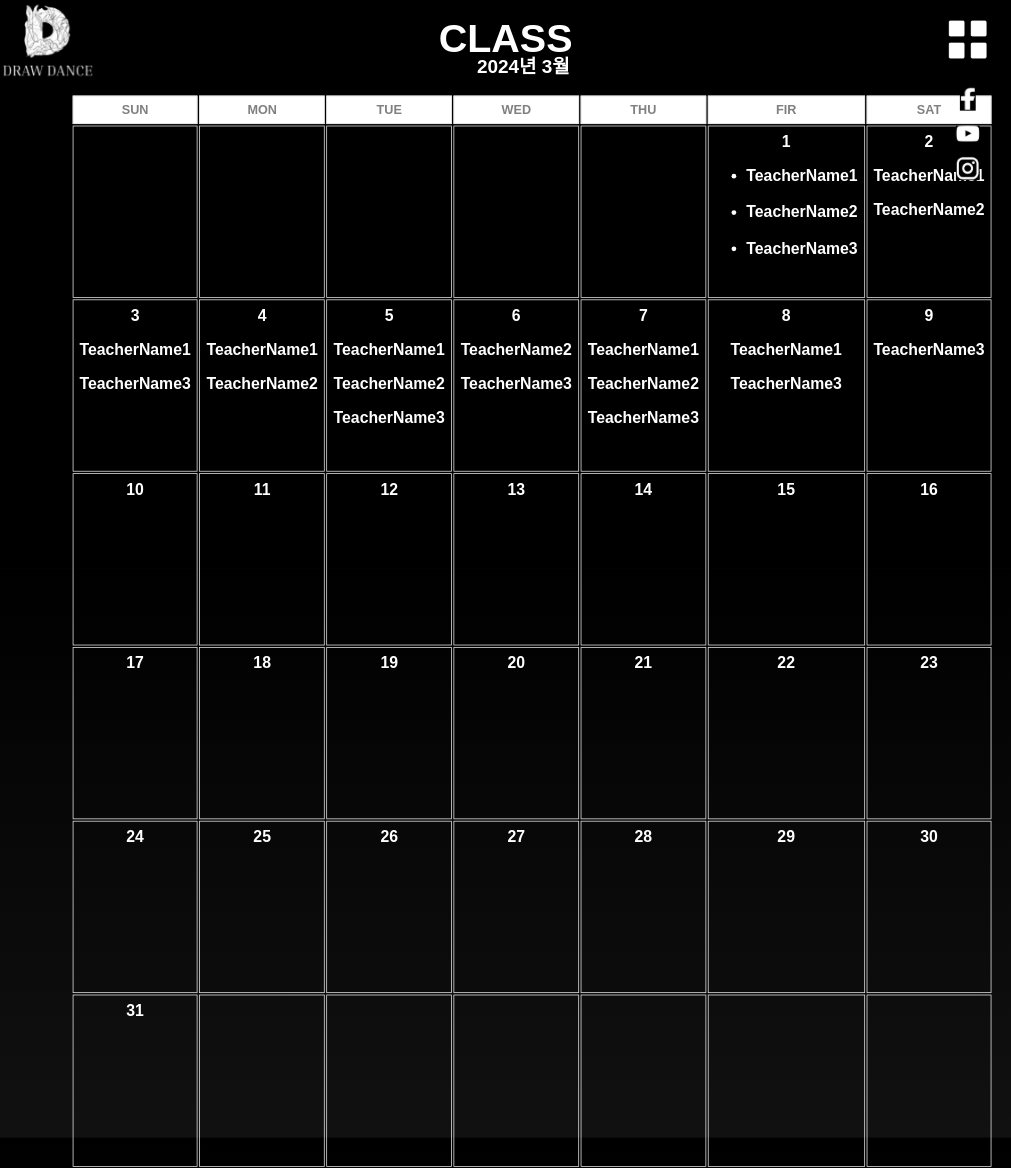
Repository: seonghun9906/semiProject
Page: http://localhost/drawAcademy/WEB-INF/views/Class/classpage.jsp
The author's editor kept a copy of each file at every save. The page is drawn from the files as they stood at one save, then again after a run of saves.
The browser window is 1280 px wide. The pictures show the whole page, at 79% of full size.
The page is served by Tomcat 9. Nobody is signed in. Other server files are loaded and not shown. The template is opened directly, without the code that normally fills it, so the values that code supplies are empty.

Above is the page before, as saved 2024-02-28 02:39:42.

### drawAcademy/src/main/webapp/WEB-INF/views/Class/classpage.jsp
<%@ page language="java" contentType="text/html; charset=UTF-8"
   pageEncoding="UTF-8"%>
<%@ taglib uri="http://java.sun.com/jsp/jstl/core" prefix="c"%>
<!DOCTYPE html>
<html>
<head>
<meta charset="UTF-8">
<title>수강신청 사이트</title>
<link rel="stylesheet" href="resources/css/classpage.css">
<script src="https://code.jquery.com/jquery-3.7.1.min.js"
   integrity="sha256-/JqT3SQfawRcv/BIHPThkBvs0OEvtFFmqPF/lYI/Cxo="
   crossorigin="anonymous"></script>

</head>
<body>
   <div class="bodyMain">
      <div class="title">
         CLASS
      </div>
      <div class="headerMenu">
         <button class="Home-btn" onclick="location.href='./'">
            <img src="resources/images/lg.png" class="logo">
         </button>
      </div>
      <div id="menu-container">
         <img src="resources/images/menu.png" id="menuButton">
         <div id="rectangle">
            <br> <br>
            <button class="Home-btn" onclick="location.href='./'">
               <p>HOME</p>
            </button>
            <br> <br> <br>
            <button class="ABOUT-btn" onclick="location.href='./about'">
               <p>ABOUT</p>
            </button>
            <br> <br> <br>
            <button class="INSTRUCTORS-btn"
               onclick="location.href='./instructors'">
               <p>INSTRUCTORS</p>
            </button>
            <br> <br> <br>
            <button class="CLASS-btn" onclick="location.href='./classpage'">
               <p>CLASS</p>
            </button>
             <br> <br> <br>
              <button class="CONTACT-btn" onclick="location.href='./qboard'">
               <p>FAQ</p>
            </button>
            <br> <br> <br> <br> <br> <br> <br>
            <div class="smallWord">
               <button id="loginBtn" class="LOGIN-btn"
                  onclick="location.href='./login'">
                  <small>LOGIN</small>
               </button>
               <form id="logoutForm" action="logout" method="get">
                  <button class="LOGIN-btn" onclick="location.href='./'">
                     <small>LOGOUT</small>
                  </button>
               </form>
               <button id="signupBtn" class="SIGNUP-btn"
                  onclick="location.href='./signUp'">
                  <small>SIGN UP</small>
               </button>
               <button id="myPage" class="MYPAGE-btn"
                  onclick="location.href='./mypage'">
                  <small>MY PAGE</small>
               </button>
            </div>
            <br> <br>
            <div id="icon-container2">
               <a href="https://www.facebook.com"> <img
                  src="resources/images/facebookIcon.png" class="facebook">
               </a> <a href="https://www.youtube.com"> <img
                  src="resources/images/youtubeIcon.png" class="youtube">
               </a> <a href="https://www.instagram.com"> <img
                  src="resources/images/instagramIcon.png" class="instagram">
               </a>
            </div>
         </div>
      </div>
      <div id="icon-container">
         <a href="https://www.facebook.com"> <img
            src="resources/images/facebookIcon.png" class="facebook">
         </a> <a href="https://www.youtube.com"> <img
            src="resources/images/youtubeIcon.png" class="youtube">
         </a> <a href="https://www.instagram.com"> <img
            src="resources/images/instagramIcon.png" class="instagram">
         </a>
      </div>


   <div class = cal>
	<h2>2024년 3월</h2>
	<table>
    	<thead>
        <tr>
            <th>SUN</th>
            <th>MON</th>
            <th>TUE</th>
            <th>WED</th>
            <th>THU</th>
            <th>FIR</th>
            <th>SAT</th>
        </tr>
    </thead>
    <tbody>
        <tr>
            <td></td>
            <td></td>
            <td></td>
            <td></td>
            <td></td>
            <td>1
            	<ul>
            <li><a href="class1" class="Testclass">TeacherName1</a></li>
            <br>
            <li><a href="class2" class="Testclass">TeacherName2</a></li>
            <br>
            <li><a href="class3" class="Testclass">TeacherName3</a></li>
            </ul>
            </td>
            <td>2
             <p><a href="class1" class="Testclass">TeacherName1</a></p>
            <p><a href="class2" class="Testclass">TeacherName2</a></p>
            </td>
        </tr>
        <tr>
            <td>3
              <p><a href="class1" class="Testclass">TeacherName1</a></p>

            <p><a href="class3" class="Testclass">TeacherName3</a></p></td>
            <td>4
              <p><a href="class1" class="Testclass">TeacherName1</a></p>
            <p><a href="class2" class="Testclass">TeacherName2</a></p>

            <td>5
              <p><a href="class1" class="Testclass">TeacherName1</a></p>
            <p><a href="class2" class="Testclass">TeacherName2</a></p>
            <p><a href="class3" class="Testclass">TeacherName3</a></p></td>
            <td>6

            <p><a href="class2" class="Testclass">TeacherName2</a></p>
            <p><a href="class3" class="Testclass">TeacherName3</a></p></td>
            <td>7
              <p><a href="class1" class="Testclass">TeacherName1</a></p>
            <p><a href="class2" class="Testclass">TeacherName2</a></p>
            <p><a href="class3" class="Testclass">TeacherName3</a></p></td>
            <td>8
              <p><a href="class1" class="Testclass">TeacherName1</a></p>

            <p><a href="class3" class="Testclass">TeacherName3</a></p></td>
            <td>9

            <p><a href="class3" class="Testclass">TeacherName3</a></p></td>
        </tr>
        <tr>
            <td>10</td>
            <td>11</td>
            <td>12</td>
            <td>13</td>
            <td>14</td>
            <td>15</td>
            <td>16</td>
        </tr>
        <tr>
            <td>17</td>
            <td>18</td>
            <td>19</td>
            <td>20</td>
            <td>21</td>
            <td>22</td>
            <td>23</td>
        </tr>
        <tr>
            <td>24</td>
            <td>25</td>
            <td>26</td>
            <td>27</td>
            <td>28</td>
            <td>29</td>
            <td>30</td>
        </tr>
        <tr>
            <td>31</td>
            <td></td>
            <td></td>
            <td></td>
            <td></td>
            <td></td>
            <td></td>
        </tr>
    </tbody>
</table>
</div>

</div><!-- bodymain -->


</body>
<script>
$(document).ready(function() {
	  var rectangle = $("#rectangle");
	  var menuButton = $("#menuButton");
	  var iconContainer = $("#icon-container");
	  var isRectangleVisible = false;

	  menuButton.on('click', function() {
	    if (!isRectangleVisible) {
	      rectangle.show();
	      iconContainer.hide();
	      isRectangleVisible = true;
	    } else {
	      rectangle.hide();
	      iconContainer.show();
	      isRectangleVisible = false;
	    }
	  });
	});
</script>
<script>

$(document).ready(function() {
	  var loginBtn = $("#loginBtn");
	  var logoutForm = $("#logoutForm");
	  var signupBtn = $("#signupBtn");
	  var myPageBtn = $("#myPage");

	  var loggedInMember = '<%= session.getAttribute("login") %>';
	  console.log("세션에 저장된 값: " + loggedInMember);

	  // 여기서 로그인 여부를 확인하고 그에 따라 버튼을 표시하거나 숨깁니다.
	  var isLoggedIn = loggedInMember !== 'null' && loggedInMember !== '';

	  if (isLoggedIn) {
	    loginBtn.hide();
	    logoutForm.show();
	    signupBtn.hide();
	    myPageBtn.show();
	  } else {
	    loginBtn.show();
	    logoutForm.hide();
	    signupBtn.show();
	    myPageBtn.hide();
	  }
	});
</script>
</html>

### drawAcademy/src/main/webapp/resources/css/classpage.css
html {
   height: 100%;
}

body {
   margin: 0;
   padding: 0;
   font-family: sans-serif;
   background: linear-gradient(#000000, #111111);
}

h2{
	color : white;
	font-weight: bold;
	margin-left : 47.25%;
}
 		.cal {
         table-layout: fixed;
         width: 85%;
         border-collapse: collapse;
         color : white;
         margin-top : 5%;
         margin-left : 7%;
        }


        th, td {
            border: 1px solid #ddd;
            padding: 8px;
            text-align: center;

        }

        th {
            background-color: #ffffff;
            color : gray;
        }

        td {
       		width : 255px;
        	height : 200px;
            cursor: pointer;
            color : white;
            text-align: center;
            vertical-align: top;
            font-size: 20px;
 		font-weight: bold;
        }

        td:hover {
            background-color: white;
            color : black;

        }

          td:hover a {
            background-color: white;
            color : black;

        }

 .Testclass{
 	color: white;
        text-decoration: none;
 	font-size: 20px;
 	font-weight: bold;
 }

.bodyMain {
   position: absolute;
   background-color: #000000;
   top: 0;
   left: 0;
   bottom: 0;
   right: 0;
   width: 100%;
   height: 100%;
}

.title {
   width: 100%; /* 컨테이너의 너비를 화면 전체로 설정 */
   position: absolute; /* 화면 아래에 고정시킵니다. */
   text-align: center; /* 내부 텍스트를 가운데 정렬합니다. */
   padding: 20px; /* 내부 여백 설정 (예시) */
   box-sizing: border-box; /* 패딩이 포함된 전체 너비/높이 계산 */
   color: #ffffff;
   font-size: 50px;
   font-weight: bold;
}

.middle-part {
   width: 100%; /* 컨테이너의 너비를 화면 전체로 설정 */
   position: absolute; /* 화면 아래에 고정시킵니다. */
   text-align: left; /* 내부 텍스트를 가운데 정렬합니다. */
   padding: 20px; /* 내부 여백 설정 (예시) */
   box-sizing: border-box; /* 패딩이 포함된 전체 너비/높이 계산 */
   color: #ffffff;
   font-size: 60px;
   font-weight: bold;
   margin: 5%;
}

.headerMenu .Home-btn {
   position: fixed;
   background: none;
   border: none;
   padding: 0;
   cursor: pointer;
   width: auto; /* 이미지 크기에 맞게 자동으로 조정됨 */
   z-index: 9999;
}

.headerMenu .logo {
   width: 120px; /* 이미지가 버튼 내에서 꽉 차도록 설정 */
   height: auto; /* 이미지의 가로 세로 비율을 유지하면서 버튼에 맞게 조정 */
}

.facebook {
   width: 20px;
   height: 30px;
   z-index: 9999;
}

.youtube {
   width: 30px;
   height: 20px;
   z-index: 9999;
}

.instagram {
   width: 30px;
   height: 30px;
   z-index: 9999;
}

#menu-container {
   position: relative;
   z-index: 9999;
}

#menuButton {
   cursor: pointer;
   position: fixed;
   top: 25px;
   right: 30px; /* 오른쪽으로 이동 */
   display: flex;
   width: 50px;
   height: 50px;
   z-index: 9999;
}

#icon-container {
   position: fixed;
   top: 110px;
   right: 40px;
   display: flex;
   flex-direction: column; /* 세로 방향으로 아이콘을 나열 */
   align-items: center; /* 아이콘을 수직 중앙으로 정렬 */
   gap: 15px; /* 아이콘 사이의 간격 설정 */
   z-index: 9998;
}

#rectangle {
   /* 처음엔 숨겨져 있음 */
   position: fixed;
   top: 110px; /* toggleButton 바로 아래 위치 */
   right: 30px; /* menuButton과 같게 */
   width: 10.5%;
   min-height: 200px;
   color: black;
   background-color: black;
   display: none;
   border: 2px solid white;
   background-color: black;
   z-index: 9999;
}

#rectangle button {
   cursor: pointer;
   background-color: black;
   border: none;
   padding: 0.5em 0.5em; /* 위아래 0.5em, 좌우 1em으로 설정하여 버튼 크기를 내용에 맞게 조정 */
   color: white;
   font-size: 23px;
   gap: 15px;
}

#rectangle p {
   color: white;
   text-align: left;
   font-size: 24px;
   text-decoration: underline; /* 밑줄 */
   margin: 0px;
}

.smallWord {
   color: white;
   margin: 10px;
}

#icon-container2 {
   position: relative;
   right: -30px;
   display: flex;
   margin-bottom: 30px;
   flex-direction: row; /* 가로 방향으로 아이콘을 나열 */
   align-items: center; /* 아이콘을 수직 중앙으로 정렬 */
   gap: 15px; /* 아이콘 사이의 간격 설정 */
   z-index: 9998;
}

.instructor-container {
   width: 100%;
   position: fixed;
   bottom: 0;
   padding: 20px;
   display: flex;
   justify-content: space-around;
   flex-direction: row;
   box-sizing: border-box;
}

.instructor-container img {
   width: 200px;
   height: 200px;
}

After the next 2 saves:
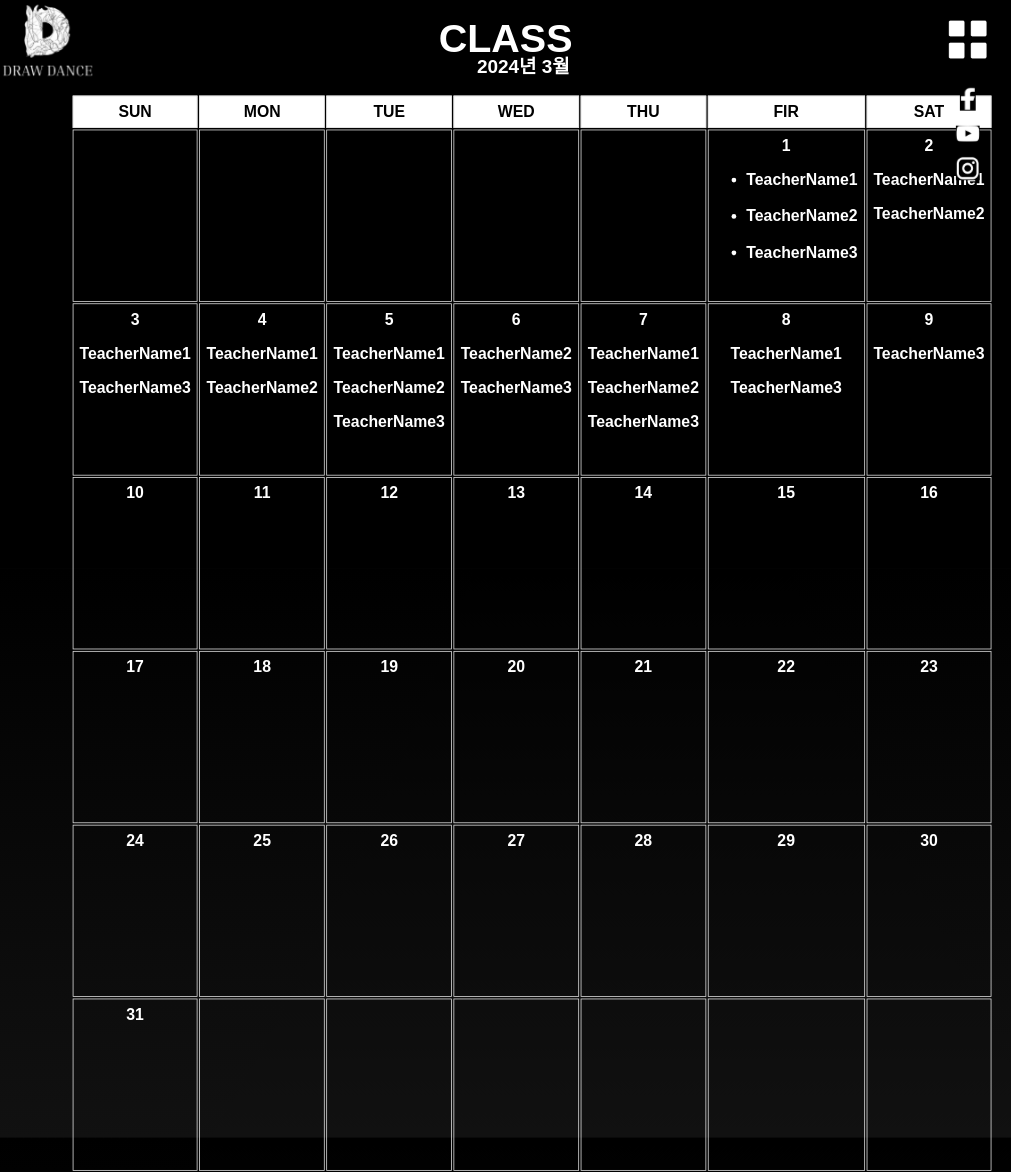
The 2 saves are shown as one change because they came seconds apart.
The last was saved 2 min 59 s later.
--- a/drawAcademy/src/main/webapp/resources/css/classpage.css
+++ b/drawAcademy/src/main/webapp/resources/css/classpage.css
@@ -33,7 +33,9 @@
 
         th {
             background-color: #ffffff;
-            color : gray;
+            color : black;
+            font-weight: bold;
+            font-size:20px;
         }
 
         td {
